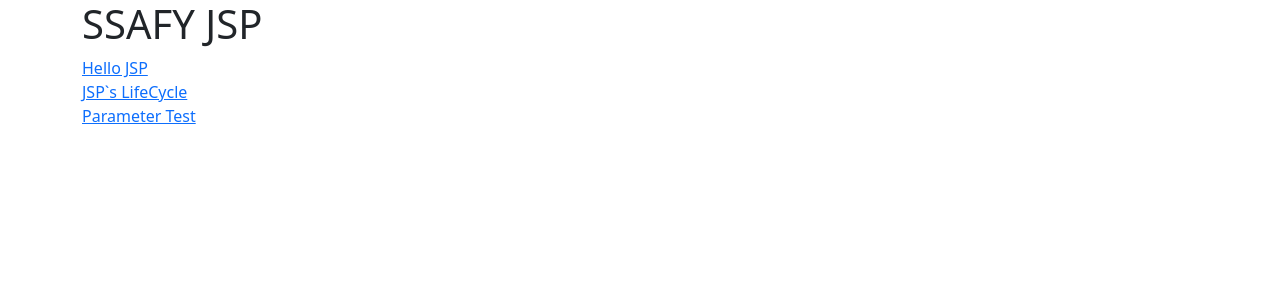
Repository: s00ngle/SSAFY-BE
Page: http://localhost/basic_jsp/
The author's editor kept a copy of each file at every save. The page is drawn from the files as they stood at one save, then again after the next save.
The browser window is 1280 px wide. The pictures show the whole page.
The page is served by Tomcat 9.

Above is the page before, as saved 2024-09-24 01:32:37.

After the next save:
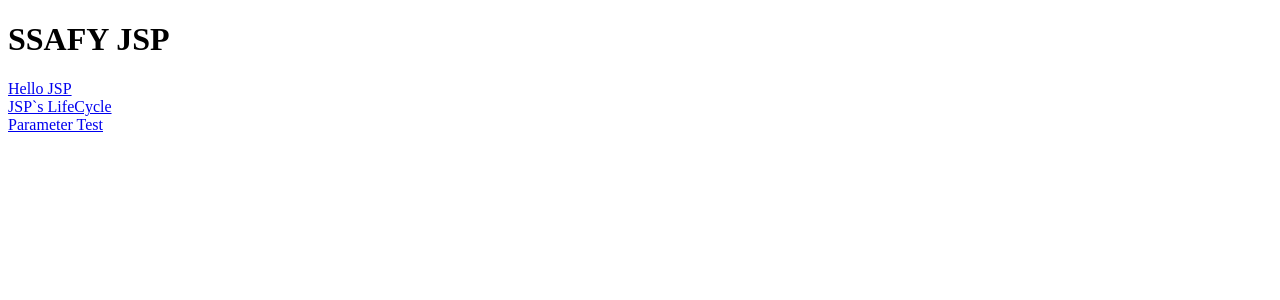
Saved 16 s later.
--- a/basic_jsp/src/main/webapp/index.jsp
+++ b/basic_jsp/src/main/webapp/index.jsp
@@ -6,12 +6,6 @@
     <meta charset="UTF-8" />
     <meta http-equiv="X-UA-Compatible" content="IE=edge" />
     <meta name="viewport" content="width=device-width, initial-scale=1.0" />
-    <link
-      href="https://cdn.jsdelivr.net/npm/bootstrap@5.3.3/dist/css/bootstrap.min.css"
-      rel="stylesheet"
-      integrity="sha384-QWTKZyjpPEjISv5WaRU9OFeRpok6YctnYmDr5pNlyT2bRjXh0JMhjY6hW+ALEwIH"
-      crossorigin="anonymous"
-    />
     <link href="/basic_jsp/assets/css/app.css" rel="stylesheet" />
     <title>SSAFY</title>
   </head>
